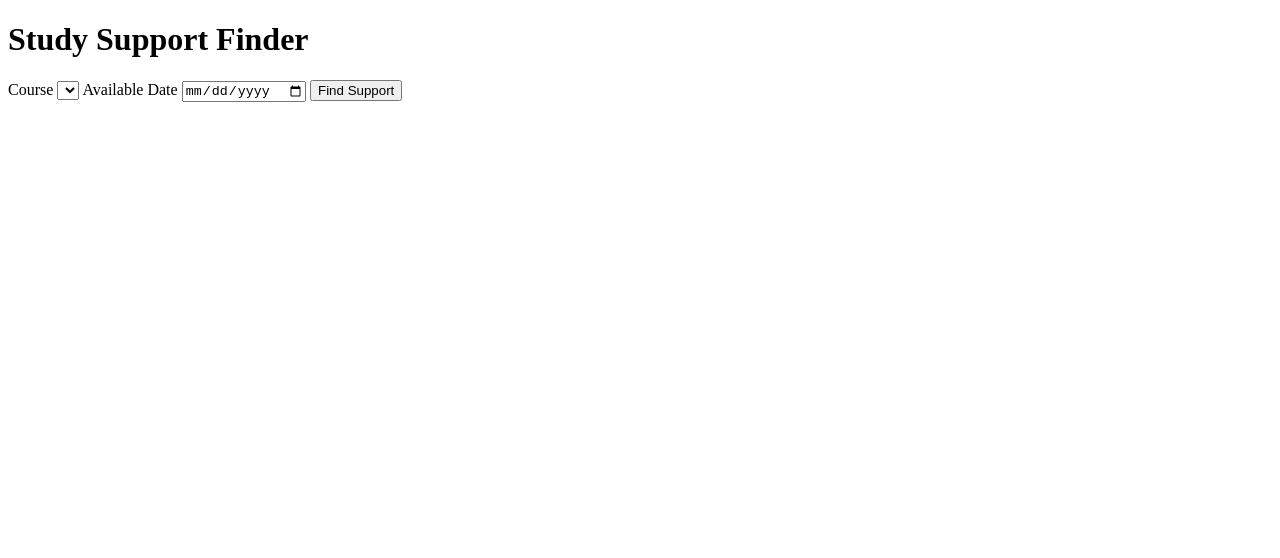
Repository: Argivist/BUDDY-MATCH
Page: http://localhost/html/matchPeerTutor.php
These files come from the project's save history. The page is drawn as it stood at one moment and after the next save; the edit follows.
The browser window is 1280 px wide. The pictures show the whole page.
The page is run by PHP 8.4 with error messages shown; the project is at /var/www/html/. Queries for data that is not in the repository find no rows.

Above is the page before, as saved 2024-08-08 16:25:18.

### html/matchPeerTutor.php
<?php
// Fetch FIs
include_once '../settings/connection.php';
//$sql = "SELECT id, fname, lname FROM peertutor";
$stmt=$pdo->prepare("SELECT userID, name FROM users WHERE roleID = 3");
$stmt->execute();
$result = $stmt->fetchAll(PDO::FETCH_ASSOC);

// Fetch courses
$stmt_courses=$pdo->prepare("SELECT courseID, courseName FROM courses");
$stmt_courses->execute();
$result_courses = $stmt_courses->fetchAll(PDO::FETCH_ASSOC);

?>
<!DOCTYPE html>
<html lang="en">
<head>
    <meta charset="UTF-8">
    <meta name="viewport" content="width=device-width, initial-scale=1.0">
    <title>Study Support Finder</title>
    <style>
        /* Your existing CSS */
    </style>
</head>
<body>
    <div class="container">
        <h1>Study Support Finder</h1>

        <label for="course">Course</label>
        <select id="course" name="course">
            <?php
            foreach ($result_courses as $row) {
                echo '<option value="' . htmlspecialchars($row['courseID']) . '">' . htmlspecialchars($row['courseName']) . '</option>';
            }
            ?>
        </select>

        <label for="time">Available Date</label>
        <input type="date" id="time" name="time">

        <button onclick="findSupport()">Find Support</button>

        <div class="result-container" id="result-container" style="display: none;">
            <h2>Matching Supports:</h2>
            <div id="results"></div>
        </div>

        <div id="success-message" class="message success-message" style="display: none;">
            Match found! Here are the details:
        </div>

        <div id="failure-message" class="message failure-message" style="display: none;">
            No supports available for this course and time.
        </div>
    </div>

    <script>
        function findSupport() {
            const supportType = "Peer Tutor";
            const course = document.getElementById('course').value;
            const time = document.getElementById('time').value;

            const data = new FormData();
            data.append('supportType', supportType);
            data.append('course', course);
            data.append('time', time);

            fetch('../action/availablePeer.php', {
                method: 'POST',
                body: data
            })
                .then(response => response.json())
                .then(data => {
                    if (data.length > 0) {
                        displayResults(data);
                    } else {
                        displayNoMatchMessage();
                    }
                })
                .catch(error => {
                    console.error('Error:', error);
                });
        }

        function displayResults(potentialSupports) {
            const resultsContainer = document.getElementById('results');
            resultsContainer.innerHTML = '';
            potentialSupports.forEach(support => {
                const resultDiv = document.createElement('div');
                resultDiv.className = 'result';
                resultDiv.innerHTML = `<strong>Name:</strong> ${support.name}<br>
                                       <strong>Course:</strong> ${support.courseID}<br>
                                       <strong>Available Time:</strong> ${support.availableDate}`;
                resultsContainer.appendChild(resultDiv);
            });
            document.getElementById('result-container').style.display = 'block';
            document.getElementById('success-message').style.display = 'block';
            document.getElementById('failure-message').style.display = 'none';
        }

        function displayNoMatchMessage() {
            document.getElementById('result-container').style.display = 'none';
            document.getElementById('success-message').style.display = 'none';
            document.getElementById('failure-message').style.display = 'block';
        }
    </script>
</body>
</html>

### settings/connection.php
<?php
// Declare constant variables to store the database connection parameters
$HOST = 'localhost:3309';
$USERNAME = 'root';
$PASSWORD = '!@#456yui';
$NAME = 'khapdb';

try {
    // Create a new PDO instance
    $pdo = new PDO("mysql:host=$HOST;dbname=$NAME;charset=utf8mb4", $USERNAME, $PASSWORD);
    // Set PDO error mode to exception
    $pdo->setAttribute(PDO::ATTR_ERRMODE, PDO::ERRMODE_EXCEPTION);
} catch (PDOException $e) {
    // If connection fails, throw an exception with the error message
    die("Connection failed: " . $e->getMessage());
}
?>

After the next save:
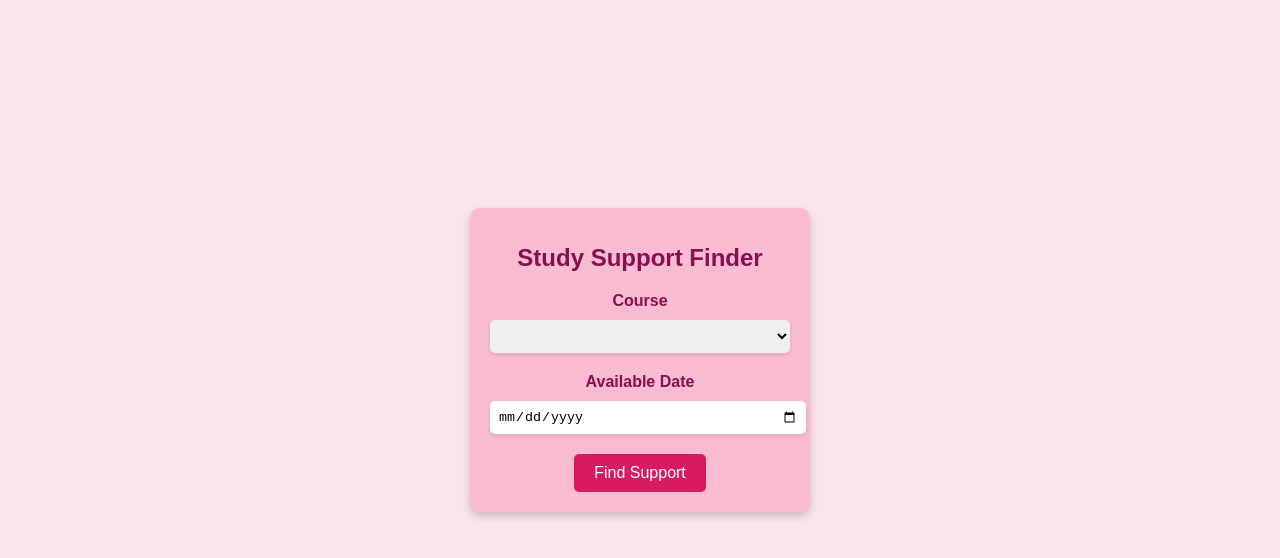
Saved 37 s later.
--- a/html/matchPeerTutor.php
+++ b/html/matchPeerTutor.php
@@ -19,7 +19,88 @@ $result_courses = $stmt_courses->fetchAll(PDO::FETCH_ASSOC);
     <meta name="viewport" content="width=device-width, initial-scale=1.0">
     <title>Study Support Finder</title>
     <style>
-        /* Your existing CSS */
+        body {
+            font-family: 'Arial', sans-serif;
+            background: #fce4ec;
+            color: #880e4f;
+            display: flex;
+            justify-content: center;
+            align-items: center;
+            height: 100vh;
+            margin: 0;
+        }
+
+        .container {
+            background: #f8bbd0;
+            border-radius: 10px;
+            box-shadow: 0 4px 8px rgba(0, 0, 0, 0.2);
+            padding: 20px;
+            width: 300px;
+            text-align: center;
+        }
+
+        h1 {
+            font-size: 24px;
+            margin-bottom: 20px;
+        }
+
+        label {
+            display: block;
+            margin-bottom: 10px;
+            font-weight: bold;
+        }
+
+        input, select {
+            width: 100%;
+            padding: 8px;
+            margin-bottom: 20px;
+            border: none;
+            border-radius: 5px;
+            box-shadow: 0 2px 4px rgba(0, 0, 0, 0.1);
+        }
+
+        button {
+            background: #d81b60;
+            color: #fff;
+            padding: 10px 20px;
+            border: none;
+            border-radius: 5px;
+            cursor: pointer;
+            font-size: 16px;
+        }
+
+        button:hover {
+            background: #ad1457;
+        }
+
+        .result-container {
+            margin-top: 20px;
+            background: #f48fb1;
+            padding: 10px;
+            border-radius: 5px;
+        }
+
+        .result {
+            margin-bottom: 10px;
+            padding: 10px;
+            background: #f06292;
+            border-radius: 5px;
+            color: #fff;
+            cursor: pointer;
+        }
+
+        .message {
+            margin-top: 20px;
+            font-weight: bold;
+        }
+
+        .success-message {
+            color: green;
+        }
+
+        .failure-message {
+            color: red;
+        }
     </style>
 </head>
 <body>
